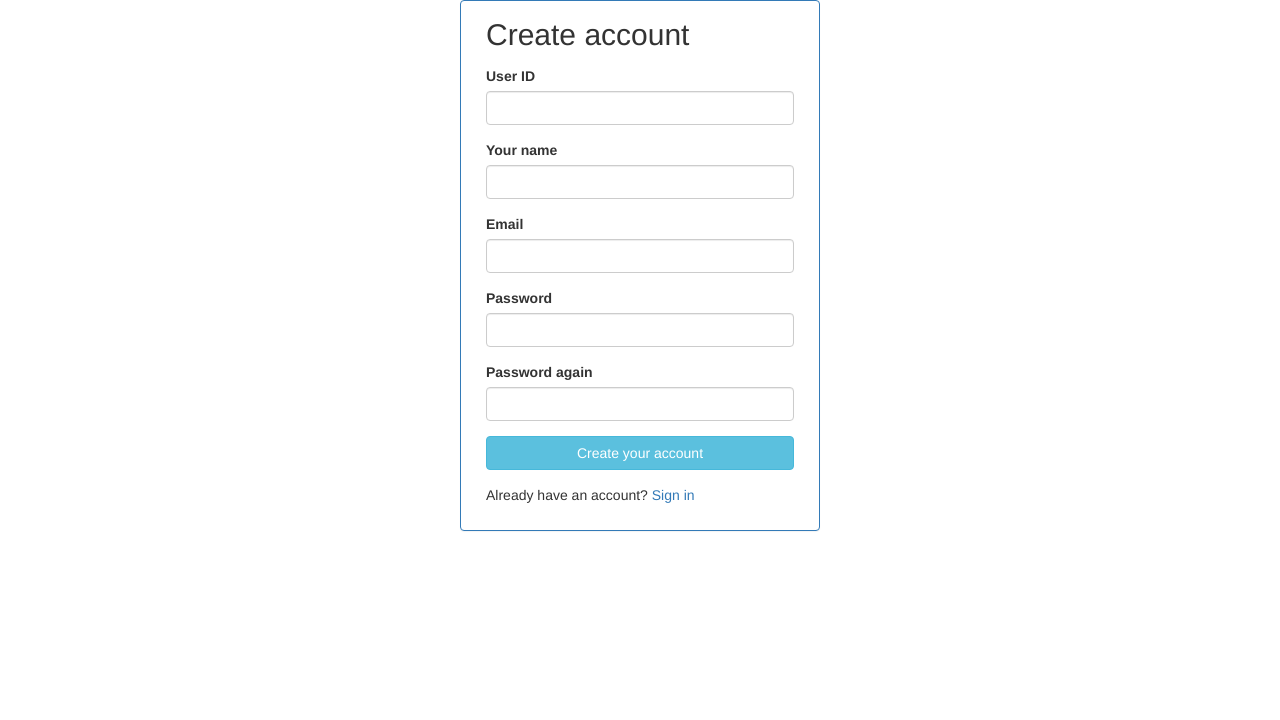
Repository: vishnujayabalan/MobileShopping
Page: http://localhost/frontend/WEB-INF/view/Register.jsp
These files come from the project's save history. The page is drawn as it stood at one moment and after the next save; the edit follows.
The browser window is 1280 px wide. The pictures show the whole page.
Some web libraries are served in a nearby version. The page is served by Tomcat 9. Nobody is signed in. The template is opened directly, without the code that normally fills it, so the values that code supplies are empty.

Above is the page before, as saved 2017-03-29 15:39:54.

After the next save:
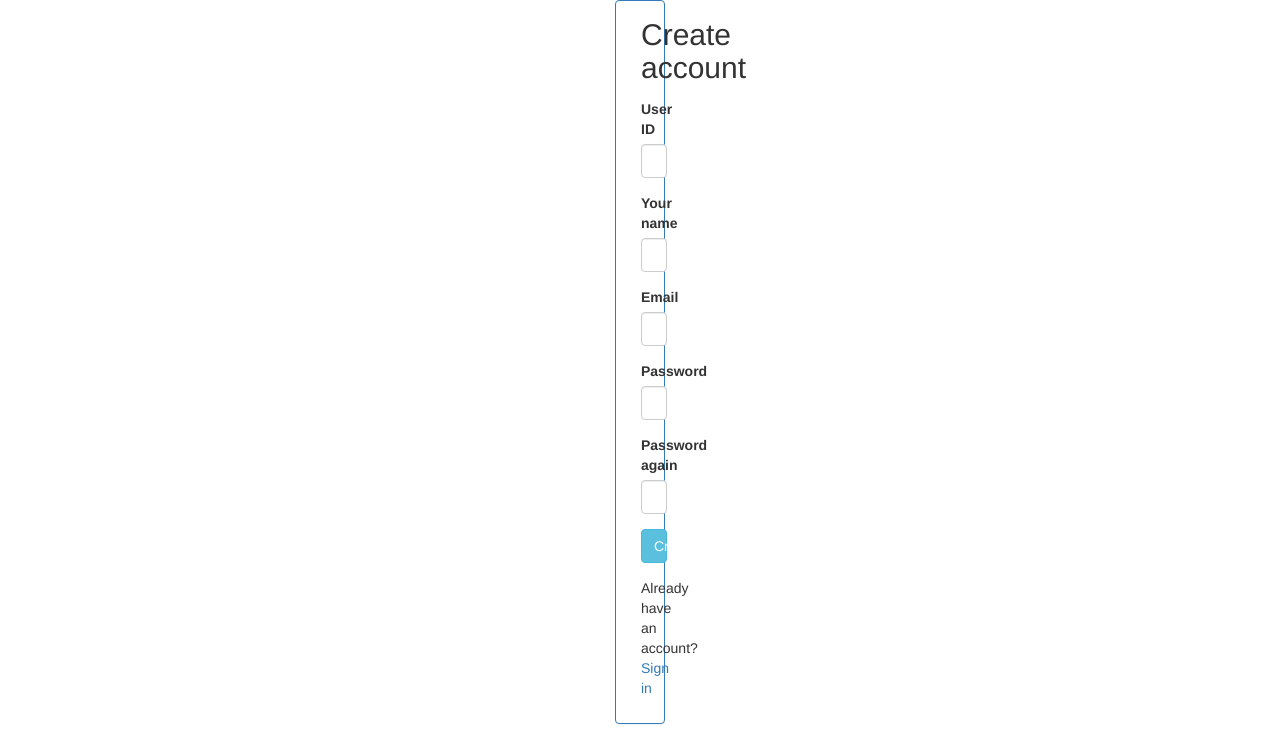
Saved 31 s later.
--- a/frontend/src/main/webapp/WEB-INF/view/Register.jsp
+++ b/frontend/src/main/webapp/WEB-INF/view/Register.jsp
@@ -19,7 +19,7 @@ h2 {
   margin-bottom: 2px;
 }
 
-.container { max-width: 360px; }
+.container { max-width: 50px; }
 
 .divider {
   text-align: center;
